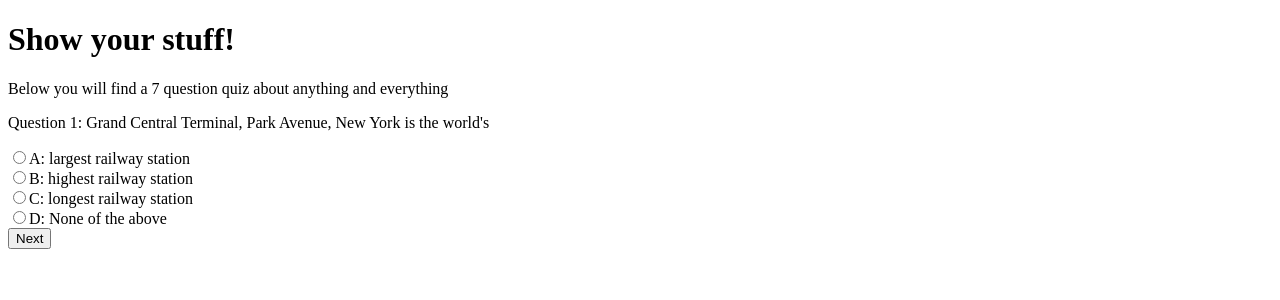
Repository: wsbrunson/Simple-Javascript-Quiz
Page: index.html
The author's editor kept a record of every edit. The page is drawn from the files as they stood at one moment, then again after the next edit.
The browser window is 1280 px wide. The pictures show the whole page.

Above is the page before.

### index.html
<!DOCTYPE html>
<html>
<head>
    <title>Quiz time!</title>
    <link rel="stylesheet" type="text/css" href="stylesheet.css">
</head>

<body>
    <h1>
        Show your stuff!
    </h1>
    <p>
        Below you will find a 7 question quiz about anything and everything
    </p>
    <div id="quiz">

    </div>
    <input type='button' value='Next'></input>

    <script src="scripts/jquery-2.1.3.min.js"></script>
    <script src="scripts/app.js"></script>
</body>

</html>

### stylesheet.css
input {
    display: inline;
}

.radio-label {
    display: block;
}

### scripts/app.js
var allQuestions = [{question: "Question 1: Grand Central Terminal, Park Avenue, New York is the world's",
                     choices: ["A: largest railway station",
                               "B: highest railway station",
                               "C: longest railway station",
                               "D: None of the above"],
                     correctAnswer: 0
                    },
                    {question: "Question 2: Entomology is the science that studies",
                     choices: ["A: Behavior of human beings",
                               "B: Insects",
                               "C: The origin and history of technical and scientific terms",
                               "D: The formation of rocks"],
                     correctAnswer: 1
                    },
                    {question: "Question 3: Friction can be reduced by changing from",
                     choices: ["A: sliding to rolling",
                               "B: rolling to sliding",
                               "C: potential energy to kinetic energy",
                               "D: dynamic to static"],
                     correctAnswer: 0
                    },
                    {question: "Question 4: For seeing objects at the surface of water from a submarine under water, the instrument used is",
                     choices: ["A: kaleidoscope",
                               "B: spectroscope",
                               "C: periscope",
                               "D: telescope"],
                     correctAnswer: 2
                    },
                    {question: "Question 5: Galileo was an Italian astronomer who",
                     choices: ["A: developed the telescope",
                               "B: discovered four satellites of Jupiter",
                               "C: discovered that the movement of pendulum produces a regular time measurement",
                               "D: All of the above"],
                     correctAnswer: 3
                    },
                    {question: "Question 6: Habeas Corpus Act 1679",
                     choices: ["A: states that no one was to be imprisoned without a writ or warrant stating the charge against him",
                               "B: provided facilities to a prisoner to obtain either speedy trial or release in bail",
                               "C: safeguarded the personal liberties of the people against arbitrary imprisonment by the king's orders",
                               "D: All of the above"],
                     correctAnswer: 3
                    },
                    {question: "Question 7: For galvanizing iron which of the following metals is used?",
                     choices: ["A: Aluminium",
                               "B: Lead",
                               "C: Zinc",
                               "D: Copper"],
                     correctAnswer: 2
                    }
                    ];

$(document).ready(function() {

    var questionNavIndex = 0,
        numberOfCorrectAnswers = 0,
        allQuestionsArrayLength = allQuestions.length;

    var printQuizQuestions = function() {
        for(var loopIndexQuestion = 0; loopIndexQuestion < allQuestionsArrayLength; loopIndexQuestion++) {
            var pathToQuestion = allQuestions[loopIndexQuestion].question,
                pathToChoices = allQuestions[loopIndexQuestion].choices,
                questionsDivElementID = "question-" + loopIndexQuestion,
                questionsDivElement = "<div class='question-container' id='" + questionsDivElementID + "'></div>",
                hastagDivElement = "#" + questionsDivElementID,
                questionID = "q"+ loopIndexQuestion,
                questionTag = "<p class='question' id='" + questionID + "'>" + pathToQuestion + "</div>";

            $('#quiz').append(questionsDivElement);
            $(hastagDivElement).append(questionTag);

            for(var loopIndexChoices = 0, x = pathToChoices.length; loopIndexChoices < x; loopIndexChoices++) {
                var choicesID = "c" + loopIndexQuestion + "-" + loopIndexChoices,
                    choicesTag = "<label class='radio-label' id='" + choicesID + "'>" +
                                 "<input type='radio' name='quiz-radio-button-" + loopIndexQuestion +
                                 "'>" +  pathToChoices[loopIndexChoices] + "</label>";

                $(hastagDivElement).append(choicesTag);
            }

            if(loopIndexQuestion !==0) {$(hastagDivElement).hide();}
        }
    };

    var talleyScore = function() {
        for(var i = 0; i < allQuestionsArrayLength; i++) {
            var findAnswer = allQuestions[i].correctAnswer;
            var answerID = i + "-" + findAnswer;
            console.log(answerID);
            if(document.getElementById(answerID).checked) {numberOfCorrectAnswers++};
        }
    };

    printQuizQuestions();

    //Next button
    $('#next-button').click(function() {
        var questionNavIDToHide = "#question-" + questionNavIndex;

        $(questionNavIDToHide).hide();

        questionNavIndex++

        var questionNavIDToShow = "#question-" + questionNavIndex;

        $(questionNavIDToShow).show();

        if(questionNavIndex === allQuestionsArrayLength) {
            $('#next-button').hide();
            talleyScore();
            $('#quiz').append("<p>Your total score is: " + numberOfCorrectAnswers + "</p>");
        }
    });

    //Back button
    $('#back-button').click(function() {
        var questionNavIDToHide = "#question-" + questionNavIndex;

        $(questionNavIDToHide).hide();

        questionNavIndex--

        var questionNavIDToShow = "#question-" + questionNavIndex;

        $(questionNavIDToShow).show();



    });
});

Loaded but not shown: scripts/jquery-2.1.3.min.js (library)

After the next edit:
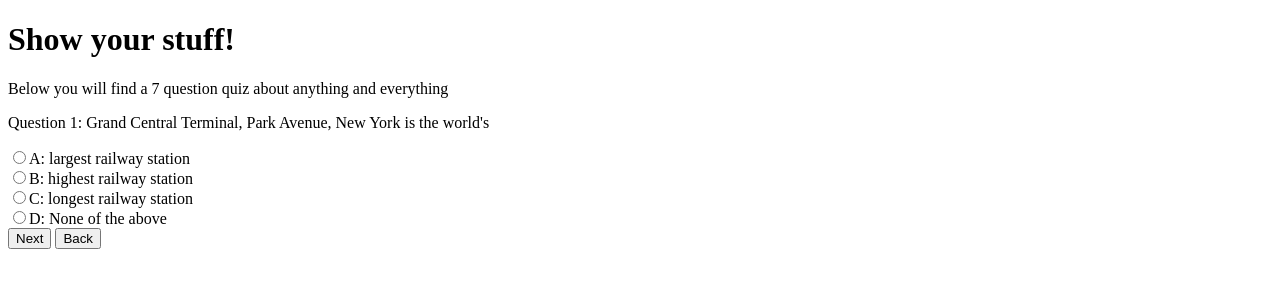
The edit:
--- a/index.html
+++ b/index.html
@@ -15,7 +15,8 @@
     <div id="quiz">
 
     </div>
-    <input type='button' value='Next'></input>
+    <input type='button' value='Next' id='next-button'></input>
+    <input type='button' value='Back' id='back-button'></input>
 
     <script src="scripts/jquery-2.1.3.min.js"></script>
     <script src="scripts/app.js"></script>
